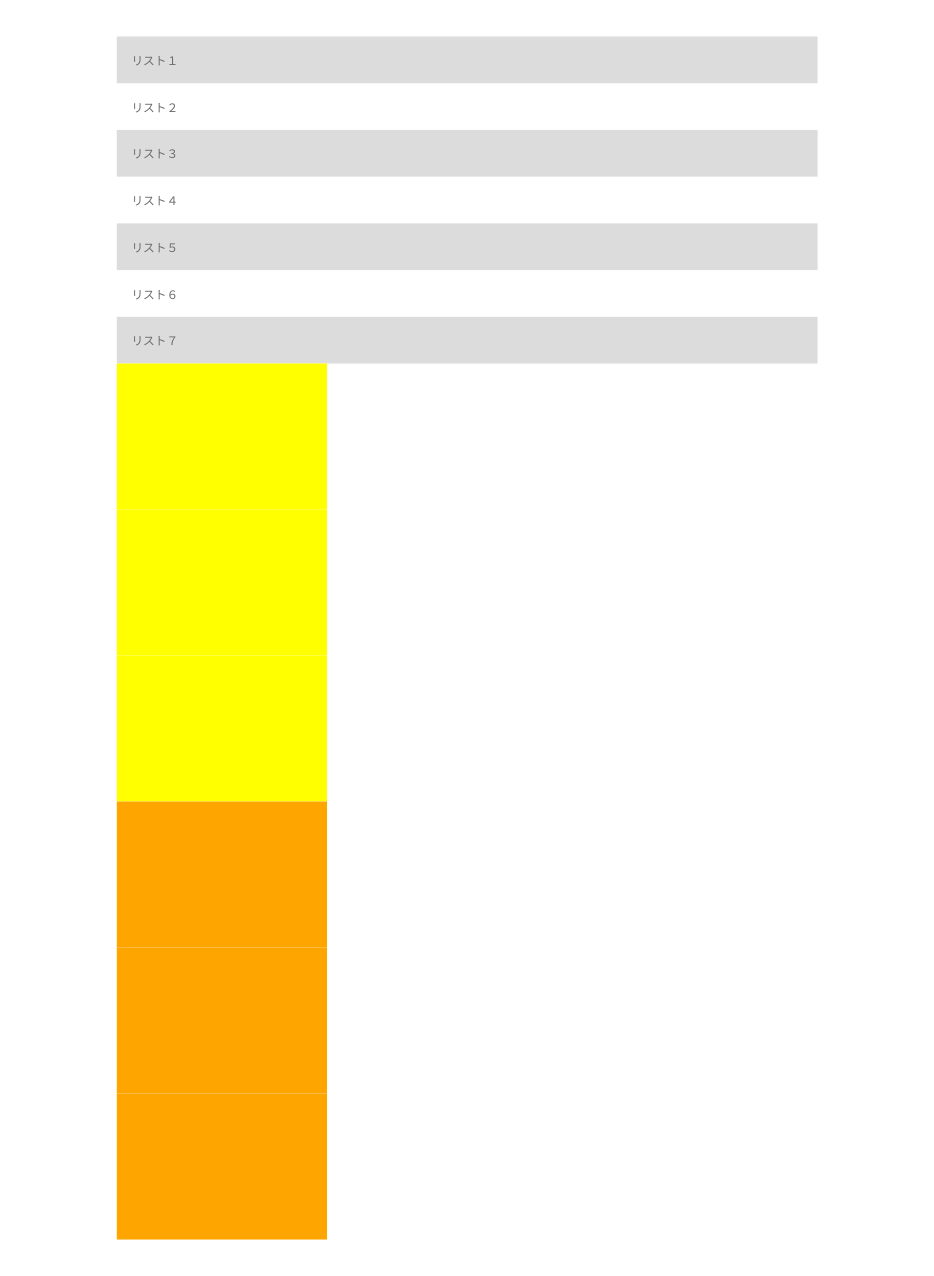
Repository: kiruha313/DWC
Page: exersise8/index.html
The author's editor kept a record of every edit. The page is drawn from the files as they stood at one moment, then again after the next edit.
The browser window is 1280 px wide. The pictures show the whole page, at 73% of full size.

Above is the page before.

### exersise8/index.html
<!DOCTYPE html>
<html lang="ja">
  <head>
    <meta charset="UTF-8" />
    <link rel="stylesheet" href="style.css" />
    <title>8</title>
  </head>


  <body class="list-box">

    <div class="list-item">
      <div class="list">リスト１</div>
      <div class="list">リスト２</div>
      <div class="list">リスト３</div>
      <div class="list">リスト４</div>
      <div class="list">リスト５</div>
      <div class="list">リスト６</div>
      <div class="list">リスト７</div>
    </div>

    <div class="color-contents">
      <div class="color-box"></div>
      <div class="color-box"></div>
      <div class="color-box"></div>
      <div class="color-box"></div>
      <div class="color-box"></div>
      <div class="color-box"></div>
      <div class="color-box"></div>
      <div class="color-box"></div>
      <div class="color-box"></div>
    </div>

  </body>
</html>

### exersise8/style.css
* {
  margin: 0;
  padding: 0;
  box-sizing: border-box;
  color: #6c6b6b;
}

.list-box {
  width: 960px;
  padding-top: 50px;
  padding-bottom: 50px;
  margin: 0 auto;
}

.list {
  padding: 20px;
}

.list:nth-child(odd) {
  background-color: #dcdcdc;
}

.color-box:nth-child(1,5,9) {
  width: 30%;
  height: 200px;
  background-color: orange;
}

.color-box:nth-child(2) {
  width: 30%;
  height: 200px;
  background-color: yellow;
}

.color-box:nth-child(3) {
  width: 30%;
  height: 200px;
  background-color: yellow;
}

.color-box:nth-child(4) {
  width: 30%;
  height: 200px;
  background-color: yellow;
}

.color-box:nth-child() {
  background-color: orange;
}

.color-box:nth-child(6) {
  width: 30%;
  height: 200px;
  background-color: orange;
}

.color-box:nth-child(7) {
  width: 30%;
  height: 200px;
  background-color: orange;
}

.color-box:nth-child(8) {
  width: 30%;
  height: 200px;
  background-color: orange;
}

.color-box:nth-child() {
  background-color: orange;
}

After the next edit:
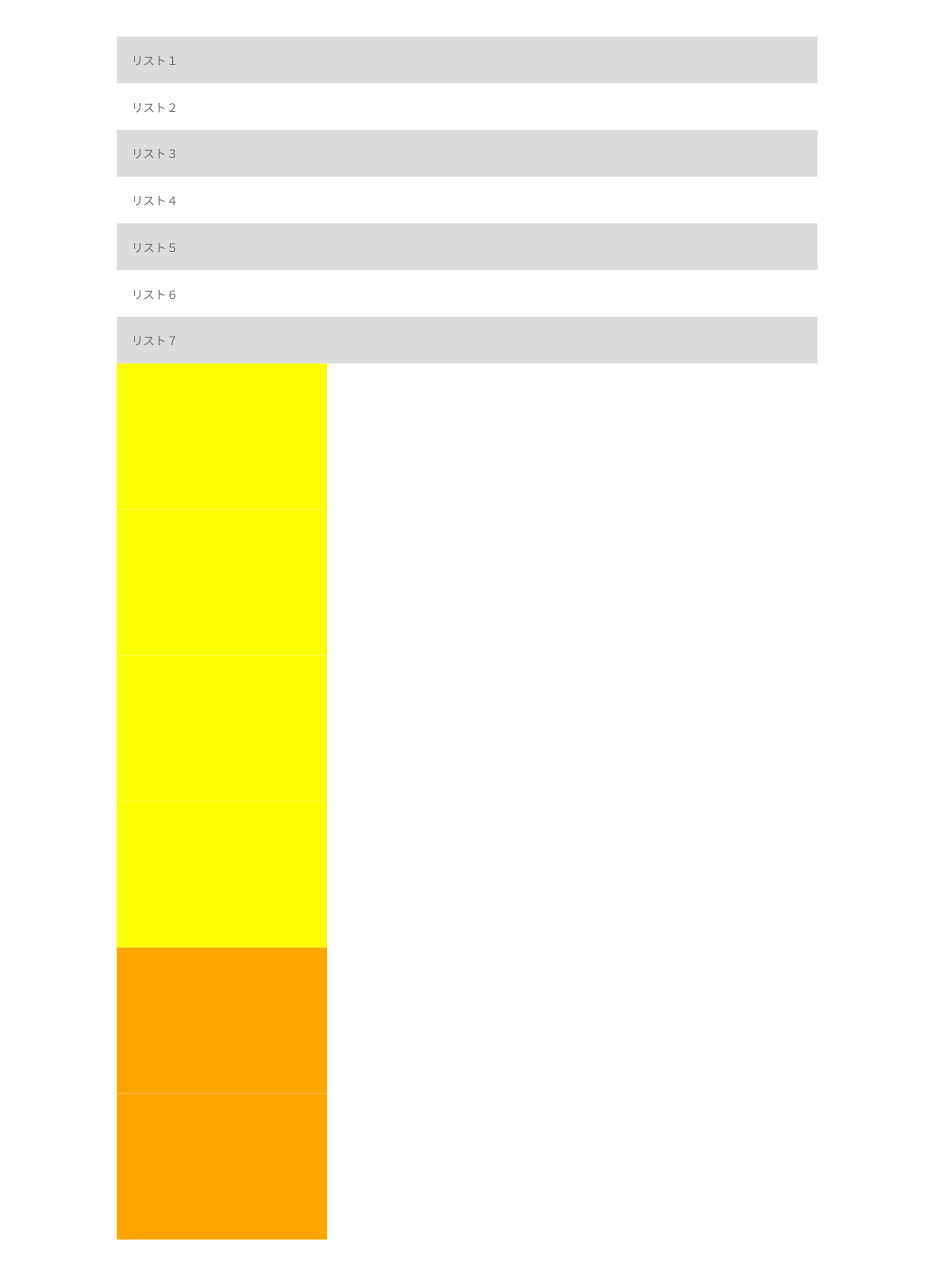
The edit:
--- a/exersise8/style.css
+++ b/exersise8/style.css
@@ -51,7 +51,7 @@
 .color-box:nth-child(6) {
   width: 30%;
   height: 200px;
-  background-color: orange;
+  background-color: yellow;
 }
 
 .color-box:nth-child(7) {
